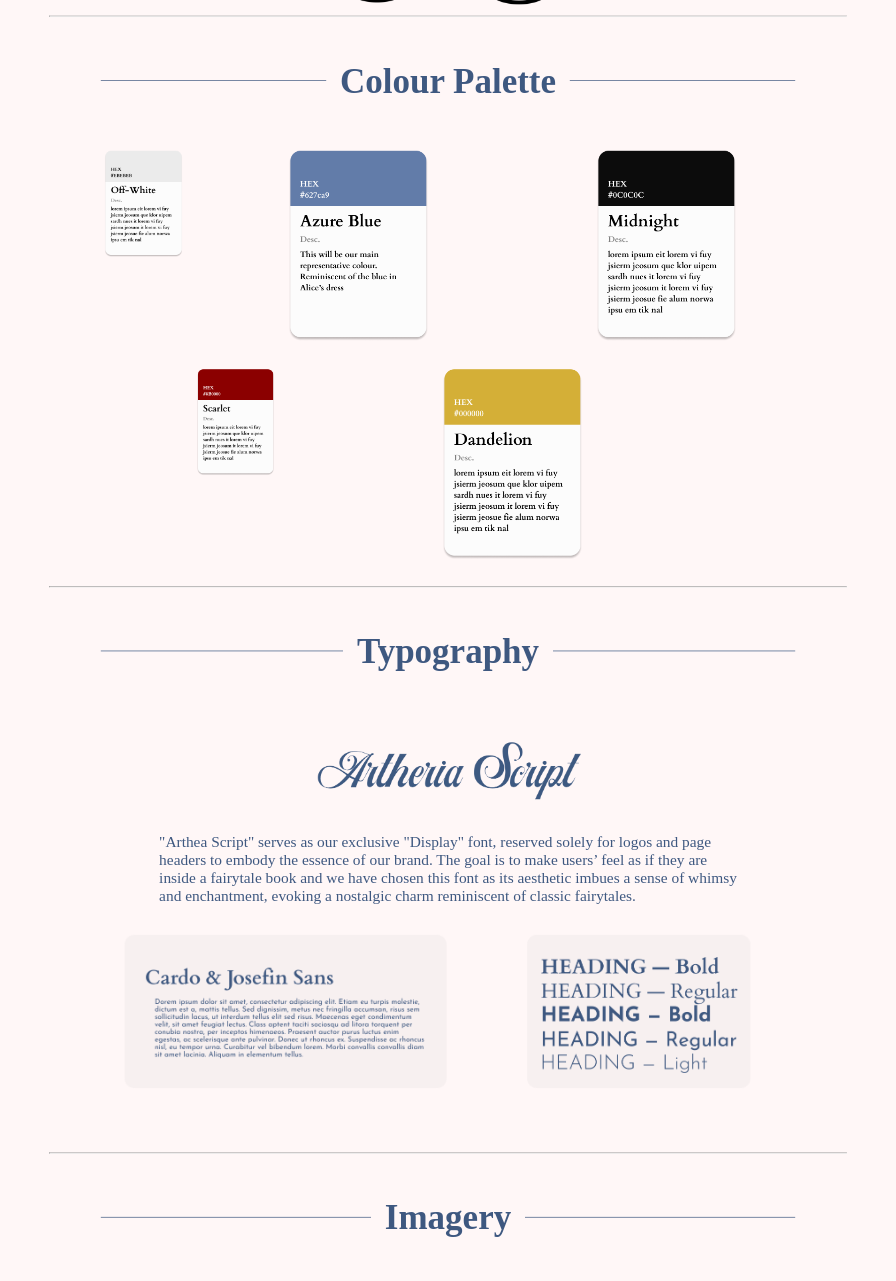
Repository: MeowCeline00/styleguide_wonder
Page: index.html
An editor plug-in stored every save of this project. The page is shown before and after the next save, followed by the edit.
The browser window is 1280 px wide. The pictures show the part of the page from y = 1718 to 3638 px (the page is 3548 px tall before and 3638 px after), at 70% of full size.

Above is the page before, as saved 2024-04-09 21:50:40.

After the next save:
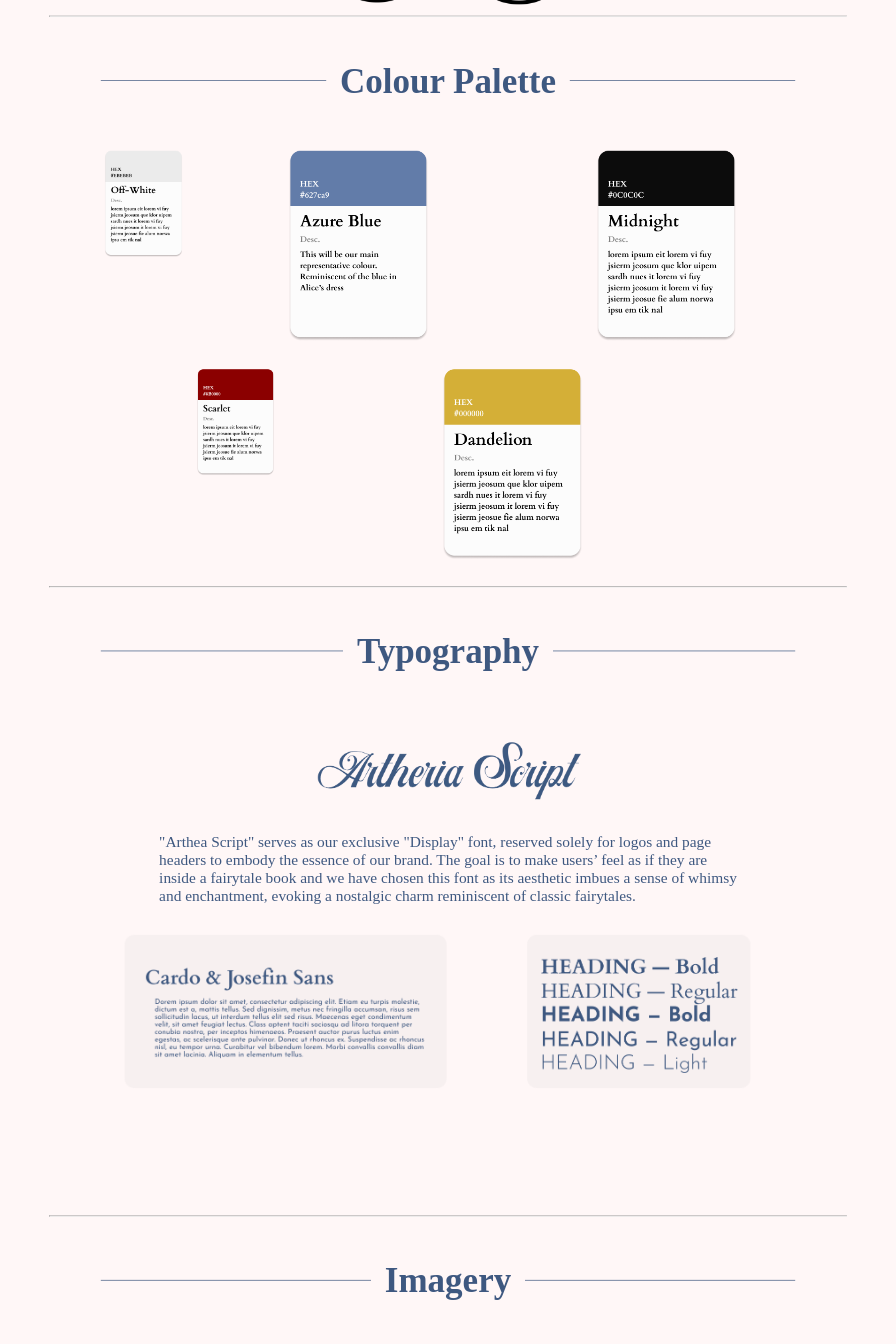
Saved 29 s later.
--- a/styles/styles.css
+++ b/styles/styles.css
@@ -185,5 +185,5 @@
     padding-top: 20px;
     padding-left: 170px;
     padding-right: 120px;
-    padding-bottom: 80px;
+    padding-bottom: 170px;
   }
